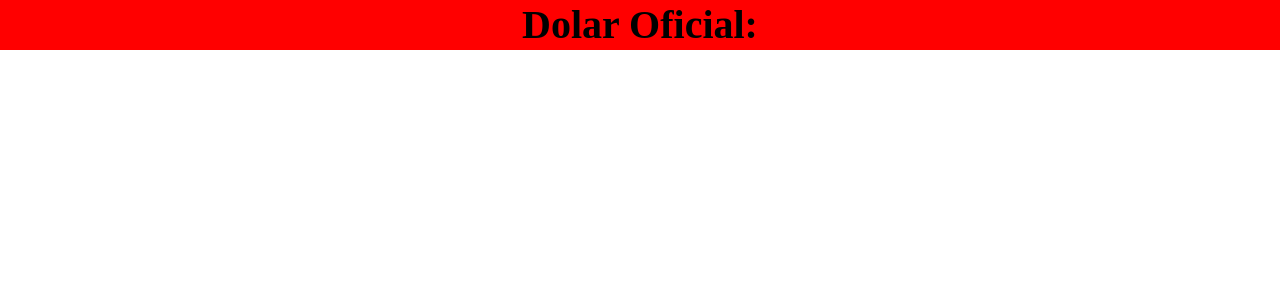
Repository: matias4633/Bill-Metal
Page: BillMetal/widget/BillMetal/index.html
These files come from the project's save history. The page is drawn as it stood at one moment and after the next save; the edit follows.
The browser window is 1280 px wide. The pictures show the whole page.
The page's requests for data from a server got no answer.

Above is the page before, as saved 2022-07-15 01:54:42.
Console error (its wording comes from the project's code and is left out).

After the next save:
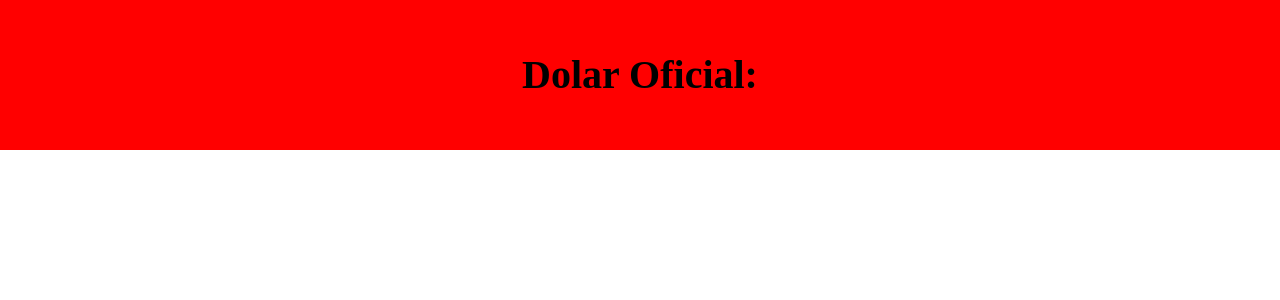
Saved 15 s later.
--- a/BillMetal/widget/BillMetal/css/style.css
+++ b/BillMetal/widget/BillMetal/css/style.css
@@ -27,7 +27,7 @@ p {
   font-weight: bold;
   font-size: 40px;
 
-  line-height: 50px;
+  line-height: 150px;
   margin: 0;
   text-align: center;
   background:red
